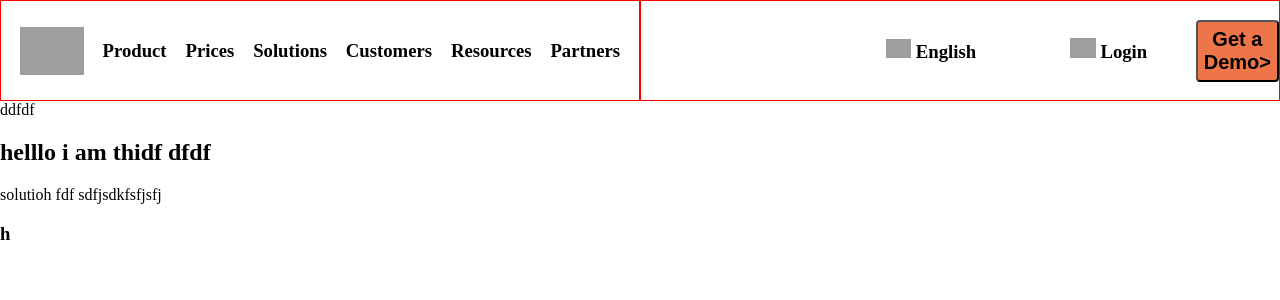
Repository: HANUMAT-SHARAN/Charge-Bee
Page: HTML/navbar.html
These files come from the project's save history. The page is drawn as it stood at one moment and after a run of saves; the edit follows.
The browser window is 1280 px wide. The pictures show the whole page.
Pictures or frames that could not be fetched are drawn as grey boxes.

Above is the page before, as saved 2022-11-08 20:47:10.

### HTML/navbar.html
<!DOCTYPE html>
<html lang="en">
  <head>
    <meta charset="UTF-8" />
    <meta http-equiv="X-UA-Compatible" content="IE=edge" />
    <meta name="viewport" content="width=device-width, initial-scale=1.0" />
    <title>Navbar</title>
    <link rel="stylesheet" href="../STYLE/navbar.css" />
  </head>
  <body>
    <div id="navbar">
      <div>
        <img id="logo" src="https://bit.ly/3NLP7iX" alt="" />
        <h3 id="prohover">Product</h3>
        <h3 id="prices">Prices</h3>
        <h3>Solutions</h3>
        <h3>Customers</h3>
        <h3>Resources</h3>
        <h3>Partners</h3>
      </div>

      <div>
        <h3>
          <img
            id="globe"
            src="https://cdn1.iconfinder.com/data/icons/approval-red/64/INTERNET-check_sign-approved-globe-done-64.png"
            alt=""
          />
          English
        </h3>
        <h3>
          <img
            id="lock"
            src="https://cdn0.iconfinder.com/data/icons/security-double-color-red-and-black-vol-3/53/security__lock__private__protect-64.png"
            alt=""
          />
          Login
        </h3>
        <h3><button id="getdemo">Get a Demo></button></h3>
      </div>
    </div>

    <div id="product">
      <div>
        <h3>Subscription Management</h3>
        <h4>Overview</h4>
        <h4>Create & Manage Plans</h4>
        <h4>Entiltements</h4>
        <h4>Pricing Management</h4>
        <h4>Handle Trial Subscriptions</h4>
        <h4>Customer Self-service Portal</h4>
        <h4>Mobile Solutions</h4>
      </div>
      <div>
        <h3>Billing Automation</h3>
        <h4>Overview</h4>
        <h4>Usage Based Billing</h4>
        <h4>Invoicing Automation</h4>
        <h4>Quotes</h4>
        <h4>Proration</h4>
      </div>
      <div>
        <h3>Recurring Payments</h3>
        <h4>Overview</h4>
        <h4>Multiple Payment Methods</h4>
        <h4>Multiple Payment Gateways</h4>
        <h4>Smart Dunning</h4>
        <h4>Chargeback Management</h4>
        <h4>Checkout Experience</h4>
        <h4>Receivables</h4>
      </div>
      <div>
        <h3>Accounting & Taxes</h3>

        <h4>Overview</h4>
        <h4>Revenue Recognition</h4>
        <h4>Manage Sales Tax</h4>
        <h4>One-Click Reconciliation</h4>
        <h3>Reporting & Analytics</h3>
        <h4>Overview</h4>
        <h4>Deferred Revenue Reporting</h4>
      </div>
      <div>
        <h3>Customer Retention</h3>
        <h4>Tackle churn</h4>
        <h4>Retention Toolbox</h4>
        <h4>Billing + Retention</h4>
      </div>
      <div id="second">
        <h4>Supports:</h4>
        <h4>Preferred Partners</h4>
        <h4>
          Stripe, Paypal, Braintree, Checkout.com, GoCardless, and 27 other
          payment gateways.
        </h4>
        <h4>
          Seamless integration with Xero, QuickBooks, Zendesk, Salesforce + 18
          more.
        </h4>
        <h4>Explore all features</h4>
      </div>
    </div>
    <div id="one" >
      ddfdf
      <h2>helllo i am thidf dfdf</h2>
      solutioh fdf sdfjsdkfsfjsfj
        <h3>h</h3>
    </div>
  </body>
</html>
<script src="../JS/nav.js"></script>

### STYLE/navbar.css
#navbar{
    display:grid;
grid-template-columns: repeat(2,1fr);
display: fixed;


}
body{
    margin:0px;
    padding:0px;
}
#logo{
    width:10%;
}
#navbar>div{
    border:1px solid red;
    display:flex;
    justify-content: space-evenly;
    align-items: center;

}
#navbar>:nth-child(2){


    justify-content: space-evenly;
    align-items: center;
    text-align: center;

    padding-left: 200px;

}
#lock{
    width:15%;
}
#globe{
width: 14%;;
}
#getdemo{
    background-color: #ee7549;

    font-size: 20px;
    padding:6px;
    font-weight: bold;
    border-radius:4px;
    font
}
#product{
    border:1px solid red;
    display:grid;
    transition: 0.4ms;
    grid-template-columns: repeat(5,1fr);
    display: none;
  background-color: rgb(252, 252, 252);
    display:absolute;



}
#product h3{
    color:rgb(0, 0, 0);
    font-weight: bold;
}

#product h4{
    color:#5C07D1;
    font-weight:bold;
}
#product>div{

align-items: center;
padding-left: 50px;
padding-top:20px;
}
#second{
    width: 300px;
   line-height: 25px;
}

### JS/nav.js
let prohover=document.querySelector("#prohover")
let pro=document.querySelector("#product")
let prices=document.querySelector("#prices")
prohover.onmouseover=()=>{
    pro.style.display="block"
    pro.style.transition="0.10ms"
    pro.style.display="grid"


}
prices.onmouseover=()=>{
    pro.style.display="none"

}
pro.onmouseover=()=>{
    pro.style.display="block"
    pro.style.transition="0.10ms"
    pro.style.display="grid"
}
pro.onmouseout=()=>{
    pro.style.display="none"
}
// prohover.onmouseout=()=>{

//     pro.style.display="none"

// }

After the next 2 saves:
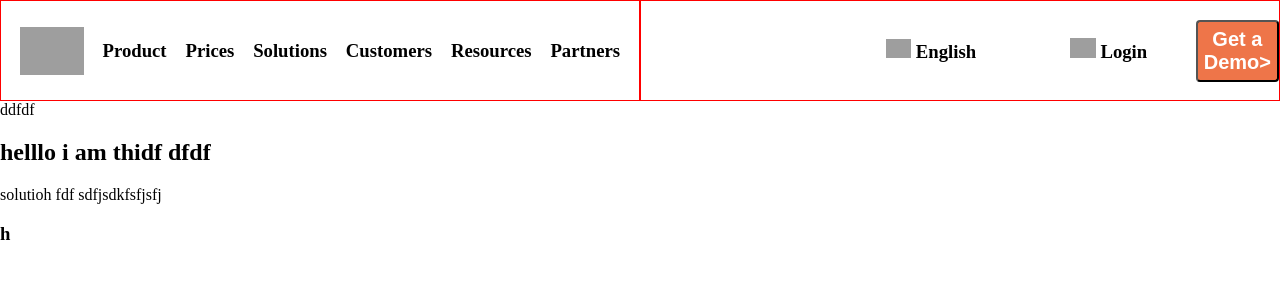
The 2 saves are shown as one change because they came seconds apart.
The last was saved 6 s later.
--- a/STYLE/navbar.css
+++ b/STYLE/navbar.css
@@ -42,7 +42,7 @@ width: 14%;;
     padding:6px;
     font-weight: bold;
     border-radius:4px;
-    font
+    color:white
 }
 #product{
     border:1px solid red;
